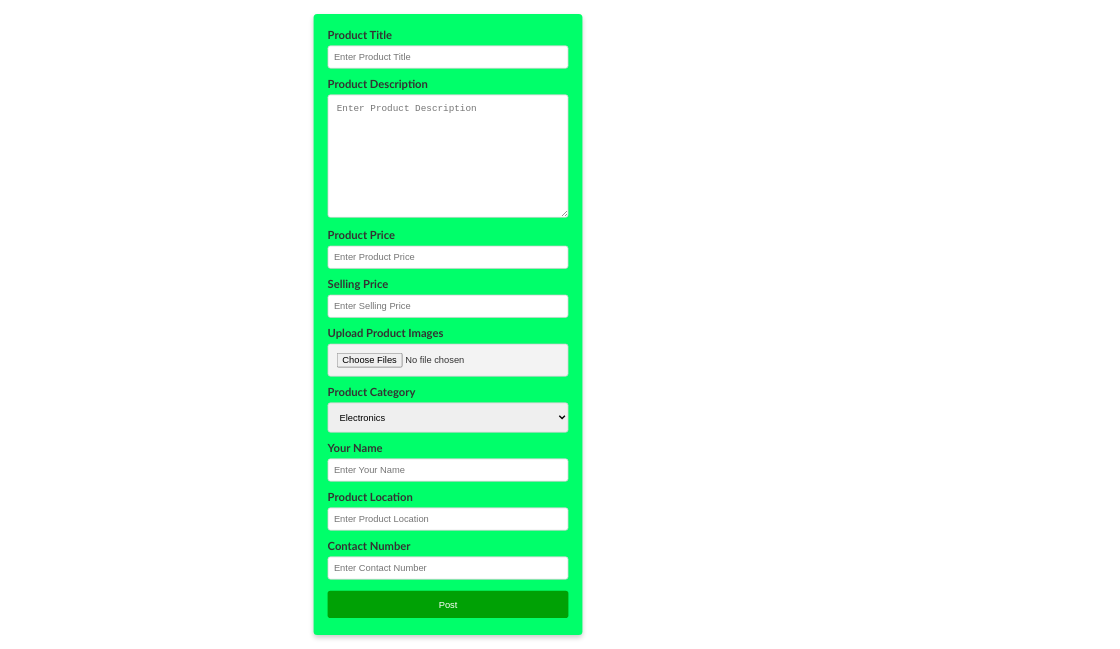
Repository: John-Prabu-A/web-dev-summer-school
Page: Session_1_Assignment/sell.html
The author's editor kept a copy of each file at every save. The page is drawn from the files as they stood at one save, then again after the next save.
The browser window is 1280 px wide. The page is 1280 px wide, then 1600 px, so the pictures cover 1600 px, including what lies to the right of the window. The pictures show the part of the page from y = 0 to 1560 px (the page is 927 px tall before and 2093 px after), at 70% of full size.

Above is the page before, as saved 2024-06-20 15:00:09.

After the next save:
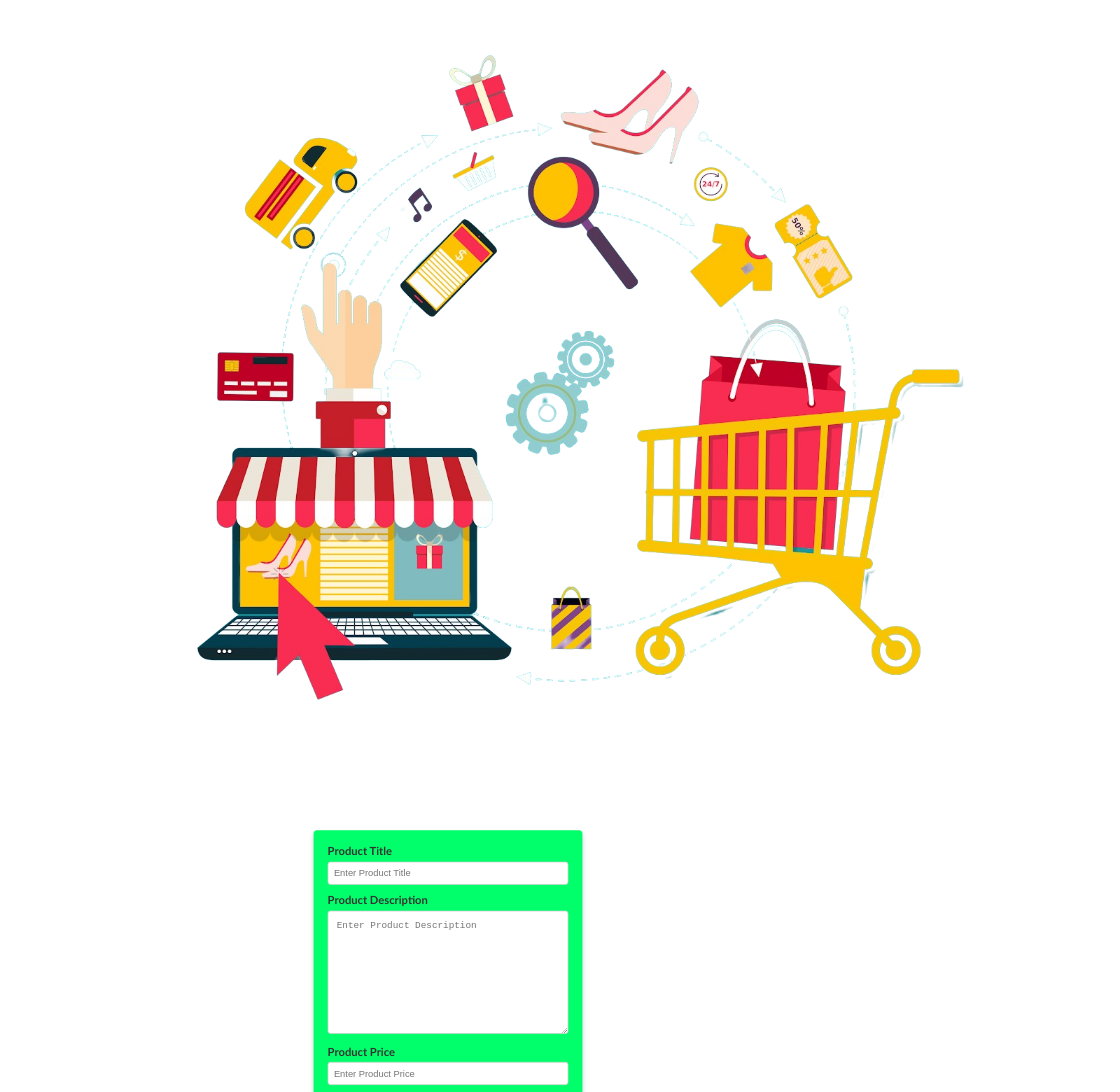
Saved 20 min 46 s later.
--- a/Session_1_Assignment/sell.html
+++ b/Session_1_Assignment/sell.html
@@ -92,6 +92,7 @@
 </head>
 <body>
     <form action="" method="post">
+        <img src="/Session_1_Assignment/sell-page-bg.png" alt="sell-page-image">
         <div class="container">
             <label for="product-title"><b>Product Title</b></label>
             <input type="text" placeholder="Enter Product Title" name="product-title" required>
